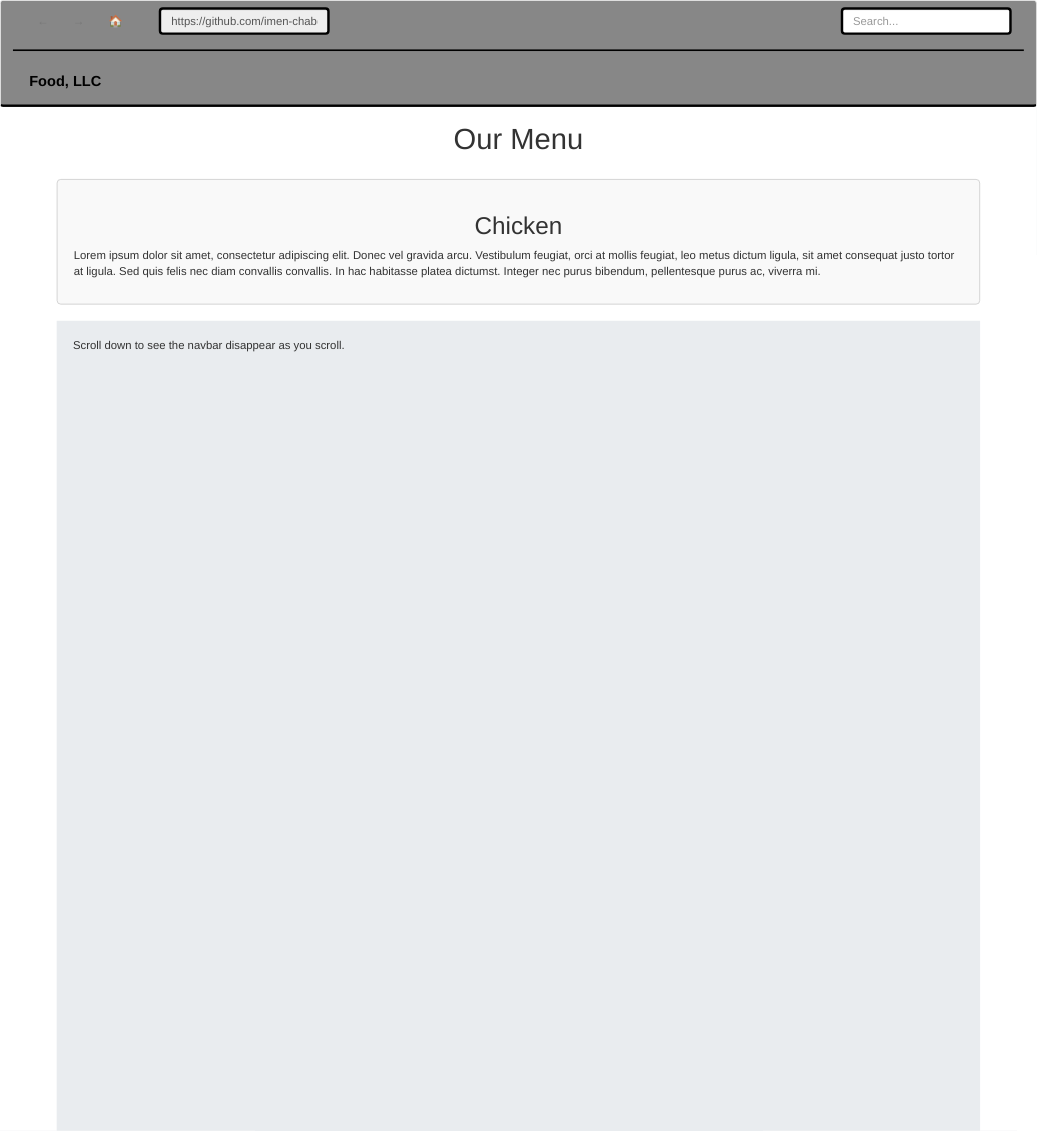
Repository: imen-chabchoub/coursera-test1
Page: mod3-solution/index.html
An editor plug-in stored every save of this project. The page is shown before and after the next save, followed by the edit.
The browser window is 1280 px wide. The pictures show the whole page, at 81% of full size.

Above is the page before, as saved 2025-02-12 15:36:13.

After the next save:
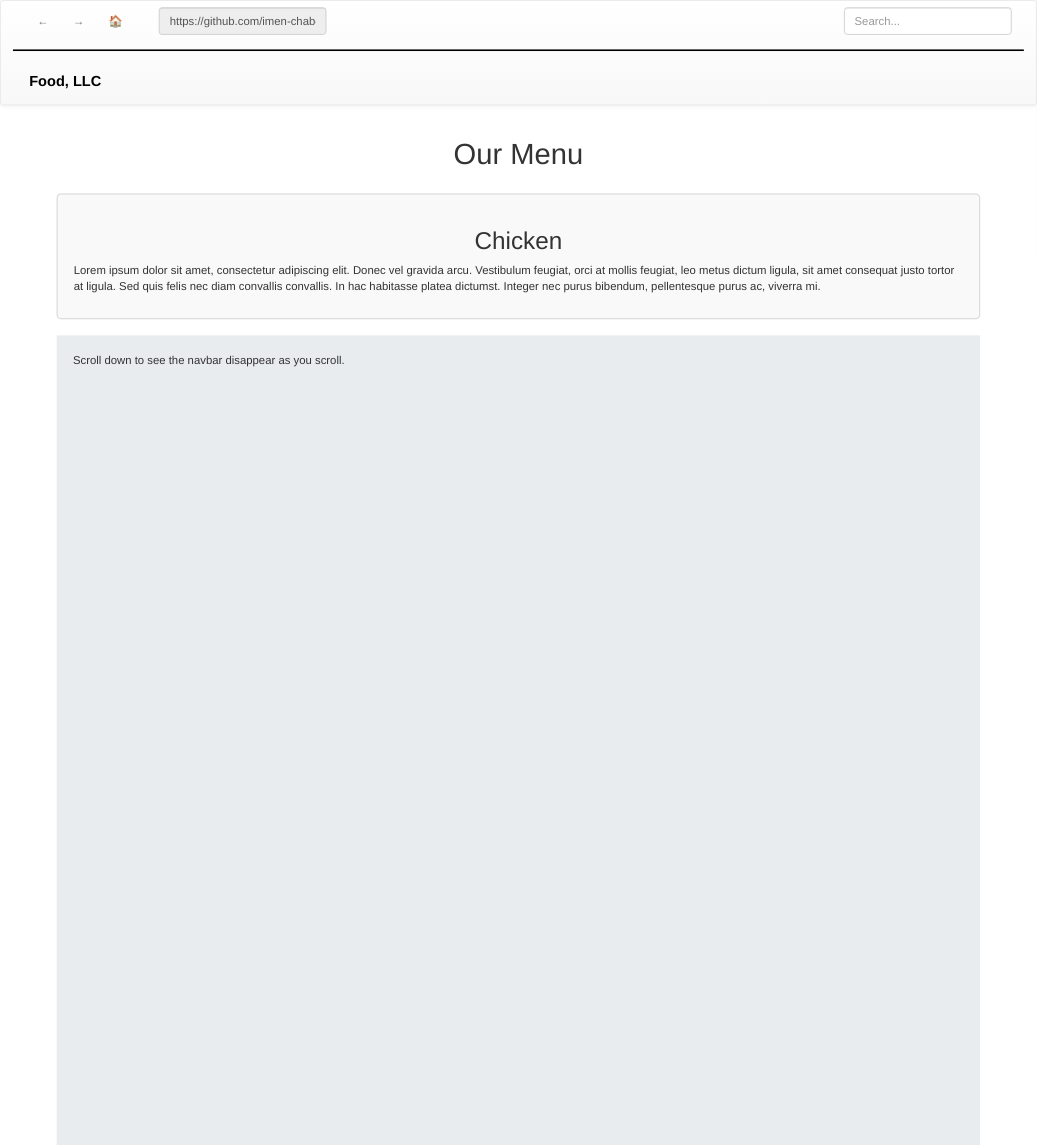
Console error (its wording comes from the project's code and is left out).
Saved 6 min 9 s later.
--- a/mod3-solution/index.html
+++ b/mod3-solution/index.html
@@ -4,8 +4,16 @@
     <meta charset="UTF-8">
     <meta name="viewport" content="width=device-width, initial-scale=1.0">
     <title>Food, LLC</title>
-    <link rel="stylesheet" href="https://maxcdn.bootstrapcdn.com/bootstrap/3.3.7/css/bootstrap.min.css">
+    <!--<link rel="stylesheet" href="https://maxcdn.bootstrapcdn.com/bootstrap/3.3.7/css/bootstrap.min.css">-->
     <link rel="stylesheet" href="css/style.css">
+    <link rel="stylesheet" href="css/bootstrap-theme.css">
+    <link rel="stylesheet" href="css/bootstrap-theme.min.css">
+    <link rel="stylesheet" href="css/bootstrap-theme.min.css.map">
+    <link rel="stylesheet" href="css/bootstrap-theme.css.map">
+    <link rel="stylesheet" href="css/bootstrap.css">
+    <link rel="stylesheet" href="css/bootstrap.css.map">
+    <link rel="stylesheet" href="css/bootstrap.min.css.map">
+    <link rel="stylesheet" href="css/bootstrap.min.css">
 </head>
 <body>
     <!-- Navbar -->
@@ -65,8 +73,12 @@
         </div>
     </div>
 
-
-    <script src="https://ajax.googleapis.com/ajax/libs/jquery/1.12.4/jquery.min.js"></script>
-    <script src="https://maxcdn.bootstrapcdn.com/bootstrap/3.3.7/js/bootstrap.min.js"></script>
+    <script src="js/bootstrap.js"></script>
+    <script src="js/bootstrap.min.js"></script>
+    <script src="js/jquery-1.11.3.min.js"></script>
+    <script src="js/npm.js"></script>
+    <script src="js/script.js"></script>
+    <!--<script src="https://ajax.googleapis.com/ajax/libs/jquery/1.12.4/jquery.min.js"></script>
+    <script src="https://maxcdn.bootstrapcdn.com/bootstrap/3.3.7/js/bootstrap.min.js"></script>-->
 </body>
 </html>

After the 2 saves that followed:
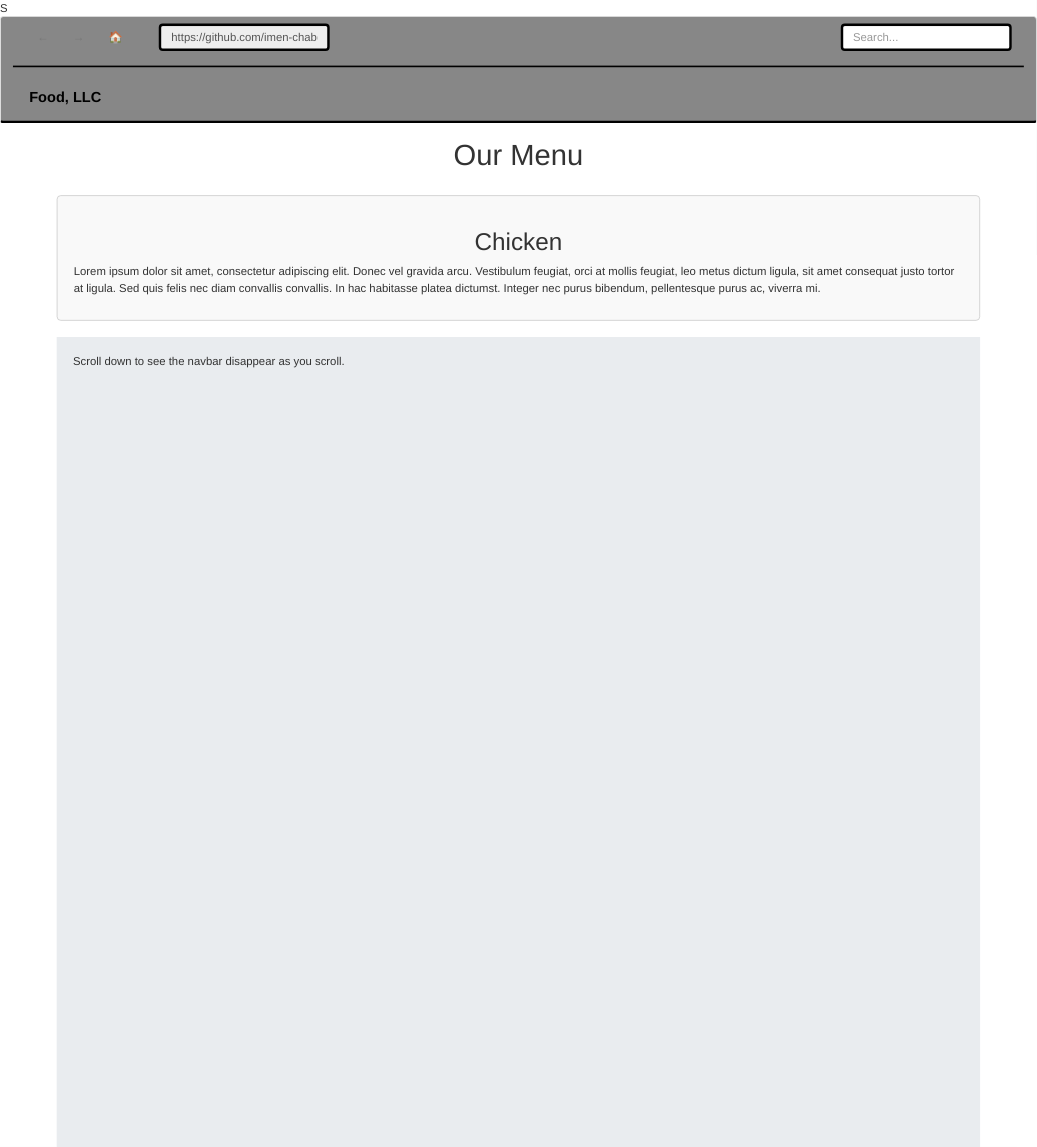
The error is gone.
The 2 saves are shown as one change because 1 left the picture as it was.
The last was saved 2 min 22 s later.
--- a/mod3-solution/index.html
+++ b/mod3-solution/index.html
@@ -4,16 +4,16 @@
     <meta charset="UTF-8">
     <meta name="viewport" content="width=device-width, initial-scale=1.0">
     <title>Food, LLC</title>
-    <!--<link rel="stylesheet" href="https://maxcdn.bootstrapcdn.com/bootstrap/3.3.7/css/bootstrap.min.css">-->
+    <link rel="stylesheet" href="https://maxcdn.bootstrapcdn.com/bootstrap/3.3.7/css/bootstrap.min.css">S
     <link rel="stylesheet" href="css/style.css">
-    <link rel="stylesheet" href="css/bootstrap-theme.css">
+    <!--<link rel="stylesheet" href="css/bootstrap-theme.css">
     <link rel="stylesheet" href="css/bootstrap-theme.min.css">
     <link rel="stylesheet" href="css/bootstrap-theme.min.css.map">
     <link rel="stylesheet" href="css/bootstrap-theme.css.map">
     <link rel="stylesheet" href="css/bootstrap.css">
     <link rel="stylesheet" href="css/bootstrap.css.map">
     <link rel="stylesheet" href="css/bootstrap.min.css.map">
-    <link rel="stylesheet" href="css/bootstrap.min.css">
+    <link rel="stylesheet" href="css/bootstrap.min.css">-->
 </head>
 <body>
     <!-- Navbar -->
@@ -73,12 +73,12 @@
         </div>
     </div>
 
-    <script src="js/bootstrap.js"></script>
+    <!--<script src="js/bootstrap.js"></script>
     <script src="js/bootstrap.min.js"></script>
     <script src="js/jquery-1.11.3.min.js"></script>
     <script src="js/npm.js"></script>
-    <script src="js/script.js"></script>
-    <!--<script src="https://ajax.googleapis.com/ajax/libs/jquery/1.12.4/jquery.min.js"></script>
-    <script src="https://maxcdn.bootstrapcdn.com/bootstrap/3.3.7/js/bootstrap.min.js"></script>-->
+    <script src="js/script.js"></script>-->
+    <script src="https://ajax.googleapis.com/ajax/libs/jquery/1.12.4/jquery.min.js"></script>
+    <script src="https://maxcdn.bootstrapcdn.com/bootstrap/3.3.7/js/bootstrap.min.js"></script>
 </body>
 </html>
